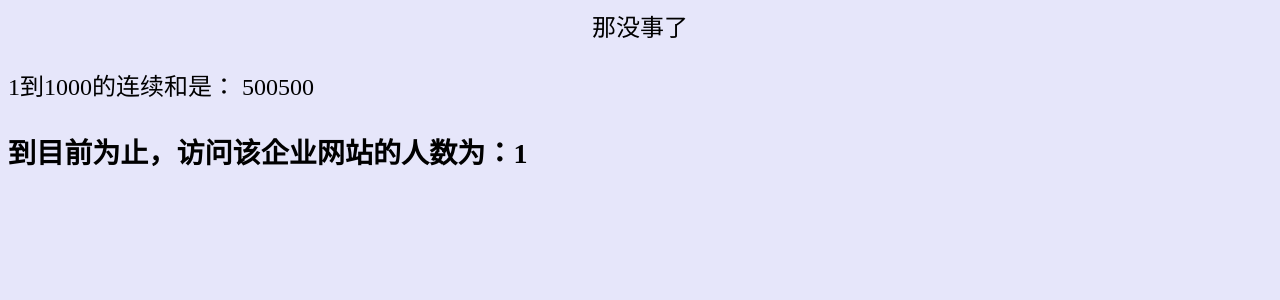
Repository: 871049921/MyCode
Page: http://localhost/Web-Test001/
The author's editor kept a copy of each file at every save. The page is drawn from the files as they stood at one save, then again after the next save.
The browser window is 1280 px wide. The pictures show the whole page.
The page is served by Tomcat 9.

Above is the page before, as saved 2019-04-26 12:16:31.

After the next save:
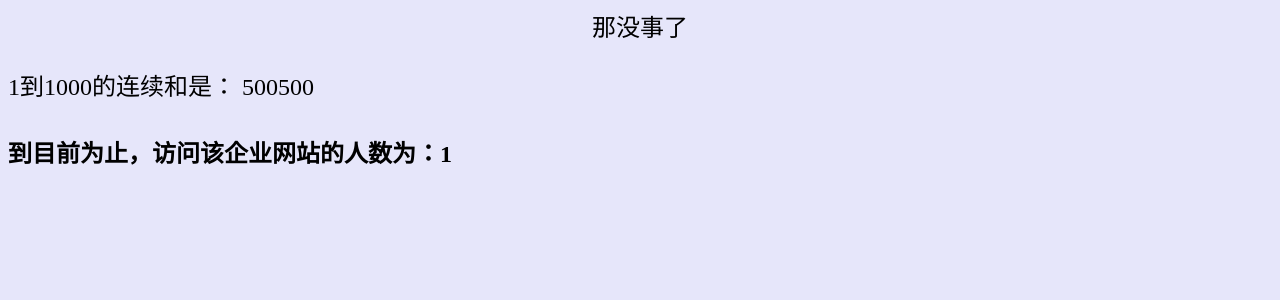
Saved 3 min 43 s later.
--- a/eclipse web-work/Web-Test001/WebContent/index.jsp
+++ b/eclipse web-work/Web-Test001/WebContent/index.jsp
@@ -27,7 +27,7 @@
 		}
 		application.setAttribute("count", count);
 	%>
-	<%="<h3>到目前为止，访问该企业网站的人数为：" + count + "</h3><br>" %>
+	<%="<h4>到目前为止，访问该企业网站的人数为：" + count + "</h4><br>" %>
 	</font>
 </body>
 </html>
